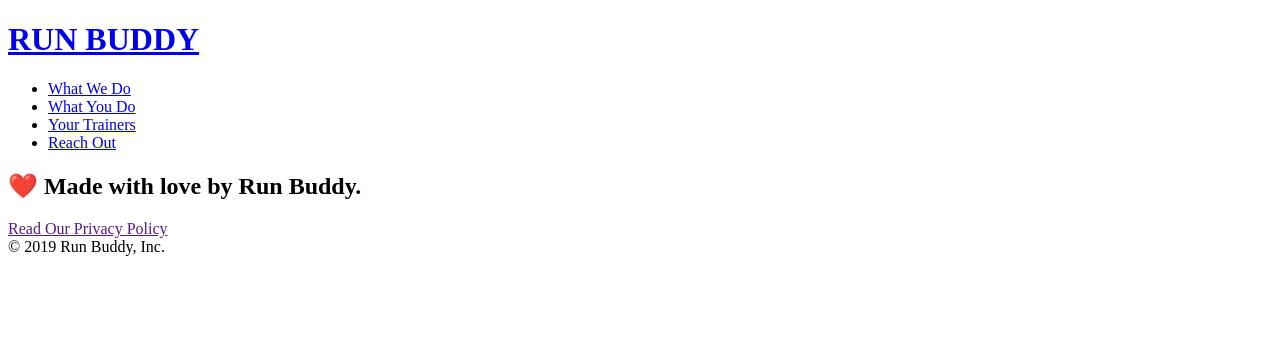
Repository: symlara/run-buddy
Page: privacy-policy.html
The author's editor kept a copy of each file at every save. The page is drawn from the files as they stood at one save, then again after the next save.
The browser window is 1280 px wide. The pictures show the whole page.

Above is the page before, as saved 2020-12-10 21:32:21.

### privacy-policy.html
<!DOCTYPE html>
<html lang="en">
<head>
    <meta charset="UTF-8">
    <meta name="viewport" content="width=device-width, initial-scale=1.0">
    <title>Privacy-Policy - Run Buddy</title>
</head>
<body>
    <!-- nav -->
    <header>
        <h1>
          <a href="/">
            RUN BUDDY
          </a>
        </h1>
        <nav>
          <!-- Unordered list element -->
          <ul>
            <!-- List item element-->
            <li>
              <!-- Anchor element -->
              <a href="./index.html#what-we-do">What We Do</a>
            </li>
            <li>
              <a href="./index.html#what-you-do">What You Do</a>
            </li>
            <li>
              <a href="./index.html#your-trainers">Your Trainers</a>
            </li>
            <li>
              <a href="./index.html#reach-out">Reach Out</a>
            </li>
          </ul>
        </nav>
      </header>
      <section class="hero">
          <h2 class="page-title">

          </h2>

      </section>
      <!-- nav end -->

      <!-- footer -->
      <footer>
        <h2>❤️ Made with love by Run Buddy.</h2>
        <div>
          <a href="">Read Our Privacy Policy</a><br />
          &copy; 2019 Run Buddy, Inc.
        </div>
      </footer>
      <!-- footer end -->
</body>
</html>

After the next save:
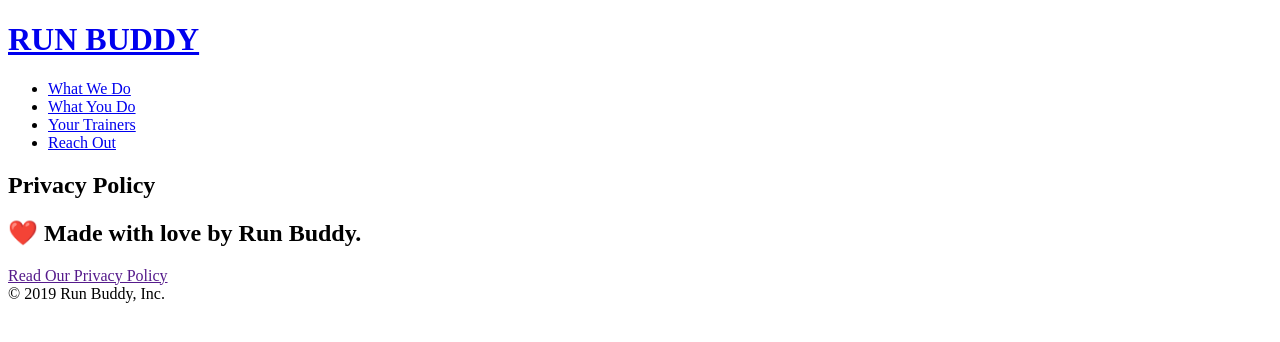
Saved 7 s later.
--- a/privacy-policy.html
+++ b/privacy-policy.html
@@ -35,7 +35,7 @@
       </header>
       <section class="hero">
           <h2 class="page-title">
-
+              Privacy Policy
           </h2>
 
       </section>
